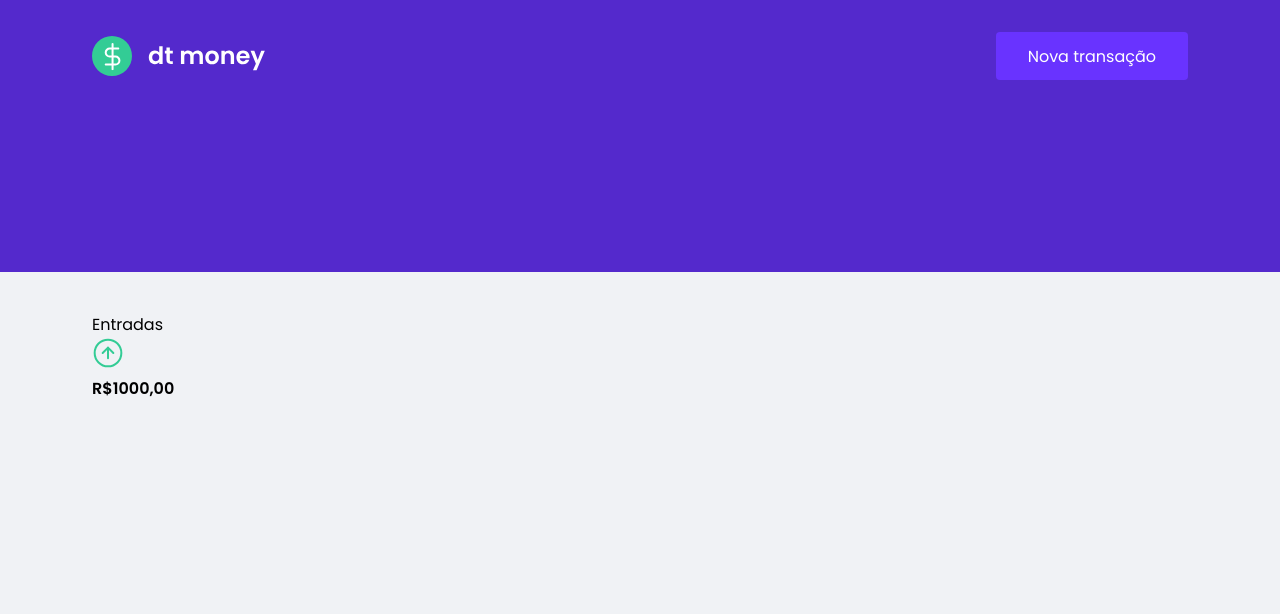
Repository: victoriandujar/ignite-dtmoney
Page: /
An editor plug-in stored every save of this project. The page is shown before and after the next save, followed by the edit.
The browser window is 1280 px wide. The pictures show the whole page.
The project was rebuilt for these pictures with package versions that can differ from the ones it lists, and the page was loaded fresh each time.

Above is the page before, as saved 2021-03-22 18:38:28.

After the next save:
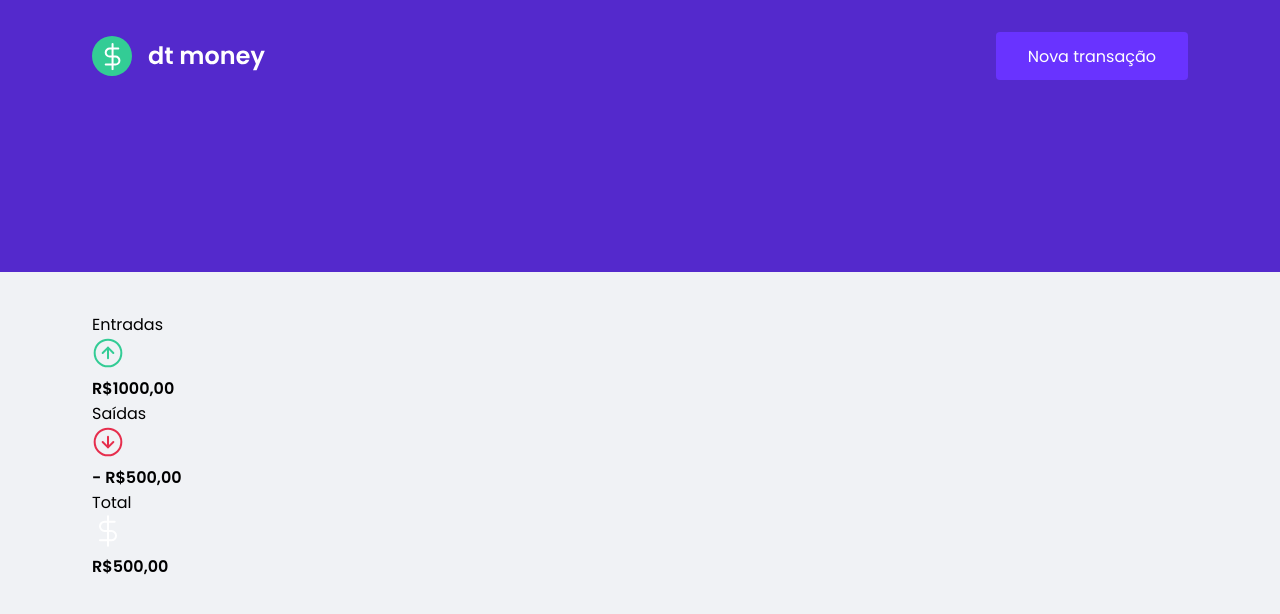
Saved 2 min 12 s later.
--- a/src/components/Summary/index.tsx
+++ b/src/components/Summary/index.tsx
@@ -1,6 +1,8 @@
 import React from 'react';
 
 import IncomeImg from '../../assets/income.svg';
+import OutcomeImg from '../../assets/outcome.svg';
+import TotalImg from '../../components/total.svg';
 
 import { Container } from './styles';
 
@@ -10,9 +12,25 @@
             <div>
                 <header>
                     <p>Entradas</p>
-                    <img src={IncomeImg} alt="Income"/>
+                    <img src={IncomeImg} alt="Entrada"/>
                 </header>
                 <strong>R$1000,00</strong>
+            </div>
+
+            <div>
+                <header>
+                    <p>Saídas</p>
+                    <img src={OutcomeImg} alt="Saida"/>
+                </header>
+                <strong>- R$500,00</strong>
+            </div>
+
+            <div>
+                <header>
+                    <p>Total</p>
+                    <img src={TotalImg} alt="Total"/>
+                </header>
+                <strong>R$500,00</strong>
             </div>
         </Container>
     );
